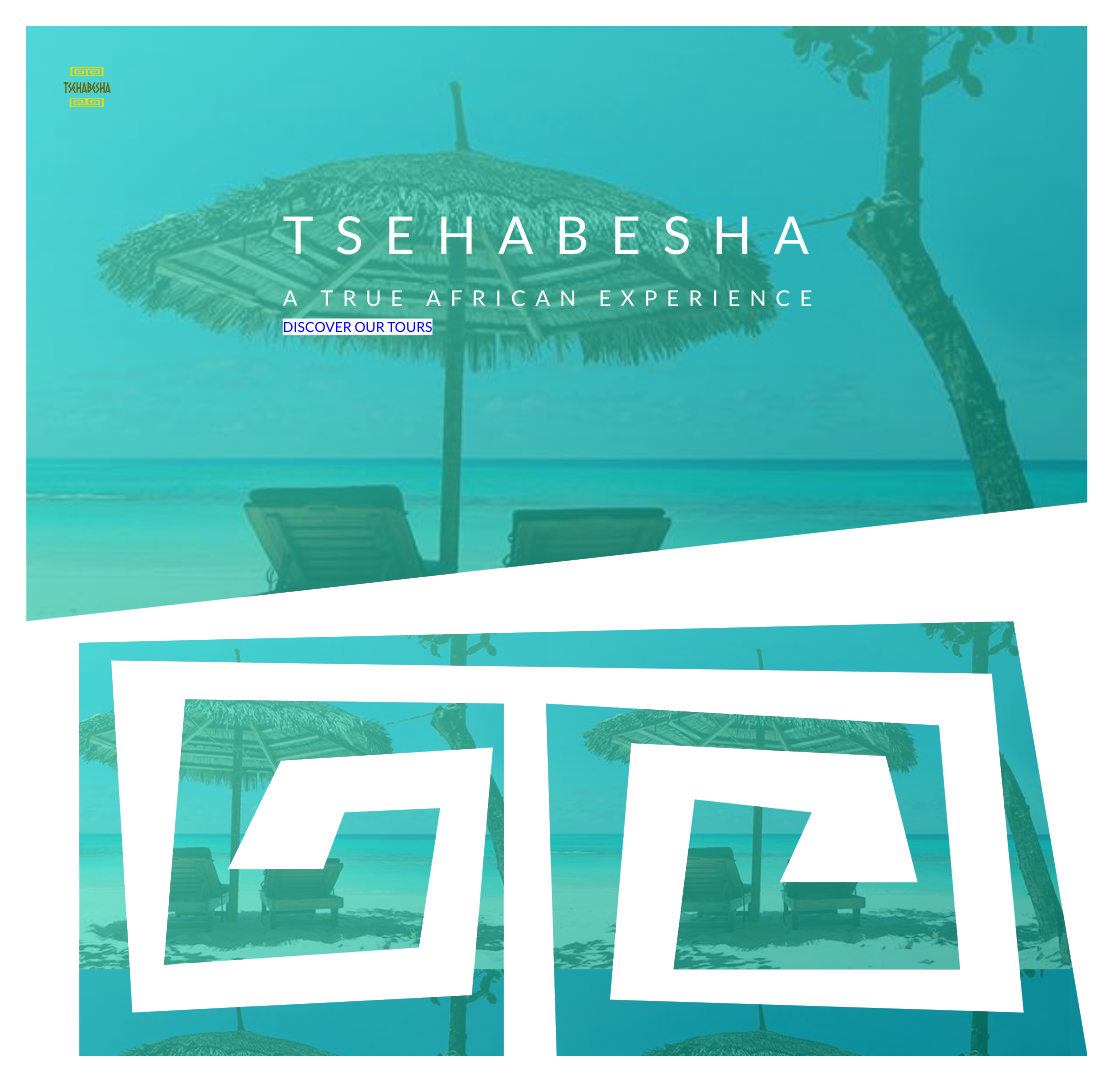
Repository: Azariagmt/tour-and-travel
Page: index.html
An editor plug-in stored every save of this project. The page is shown before and after a run of saves, followed by the edit.
The browser window is 1280 px wide. The pictures show the whole page, at 87% of full size.

Above is the page before, as saved 2020-03-24 23:44:25.

After the next 2 saves:
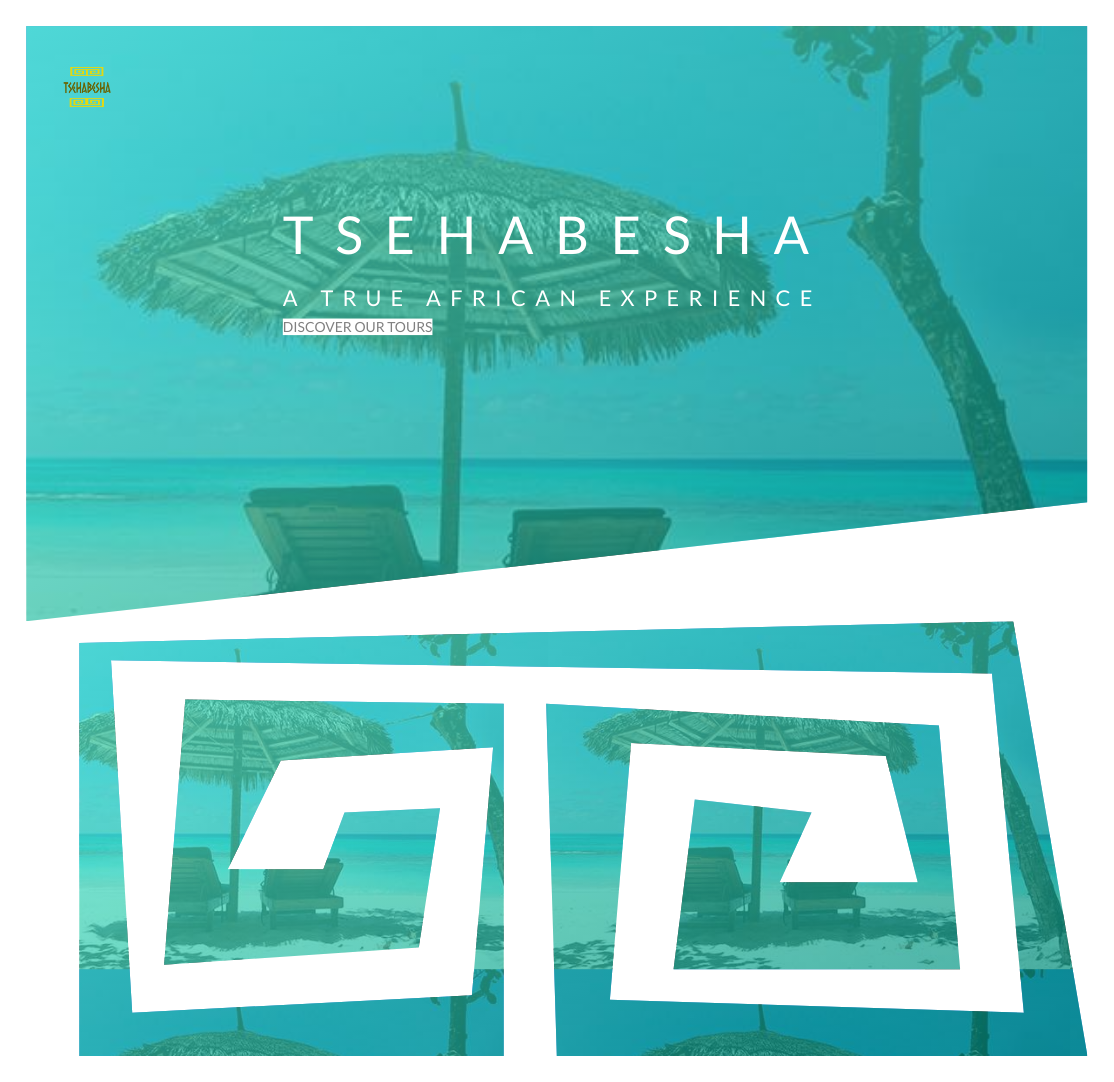
The 2 saves are shown as one change because they came seconds apart.
The last was saved 8 s later.
--- a/css/style.css
+++ b/css/style.css
@@ -100,7 +100,7 @@ transform: translateX(-100px);
 
 .btn-white{
   background-color: white;
-  color:
+  color: grey;
 }
 
 .logo-clip{
